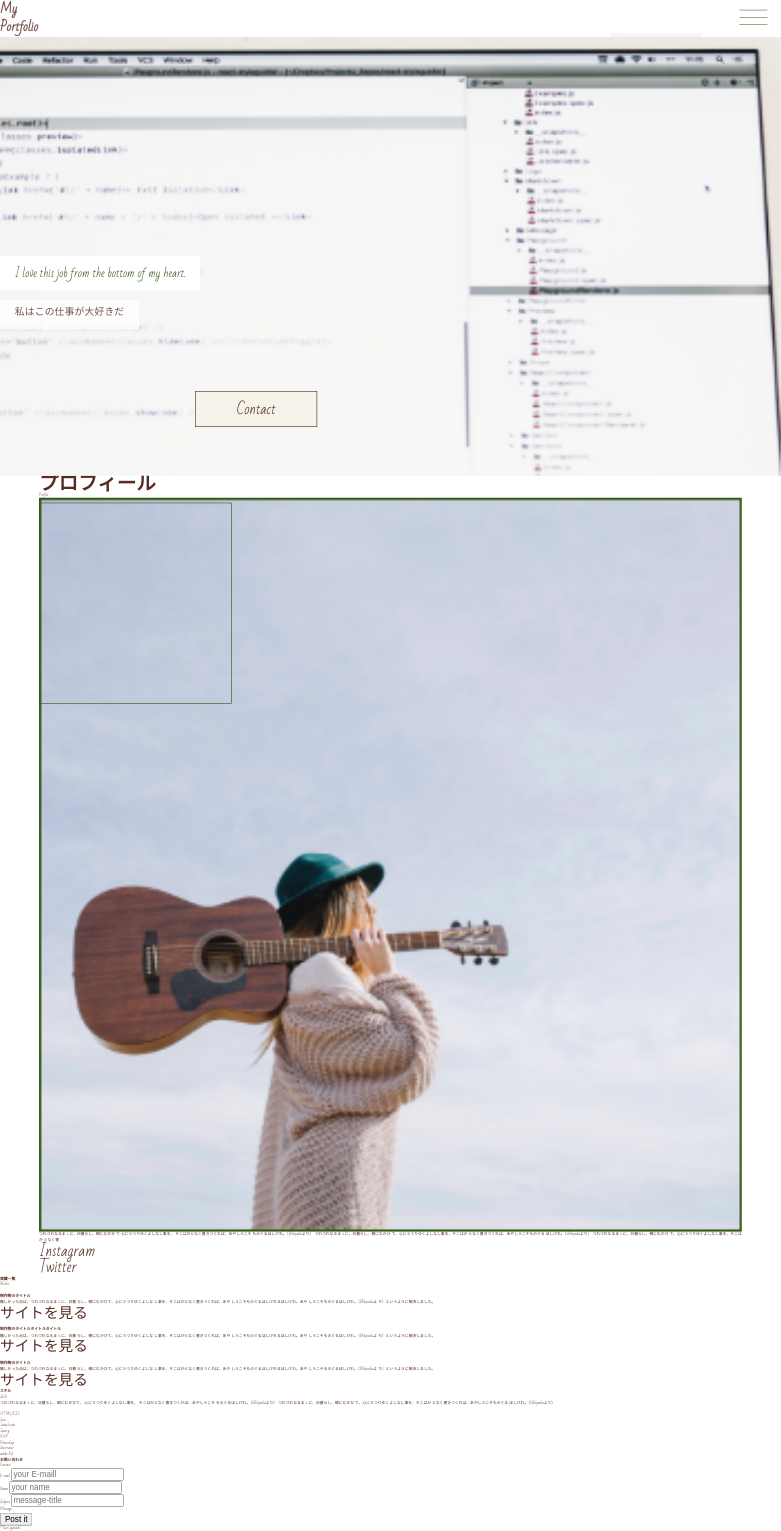
Repository: ppmp556/igarashi.kakuu
Page: index.html
The author's editor kept a copy of each file at every save. The page is drawn from the files as they stood at one save, then again after the next save.
The browser window is 1280 px wide. The pictures show the whole page, at 61% of full size.
Some web libraries are served in a nearby version. The style sheet was rebuilt from its Sass, Less or Tailwind sources for each picture, by a compiler version that may differ from the author's.

Above is the page before, as saved 2020-10-25 17:13:18.
Console error: TypeError: Cannot read properties of null (reading 'addEventListener')

After the next save:
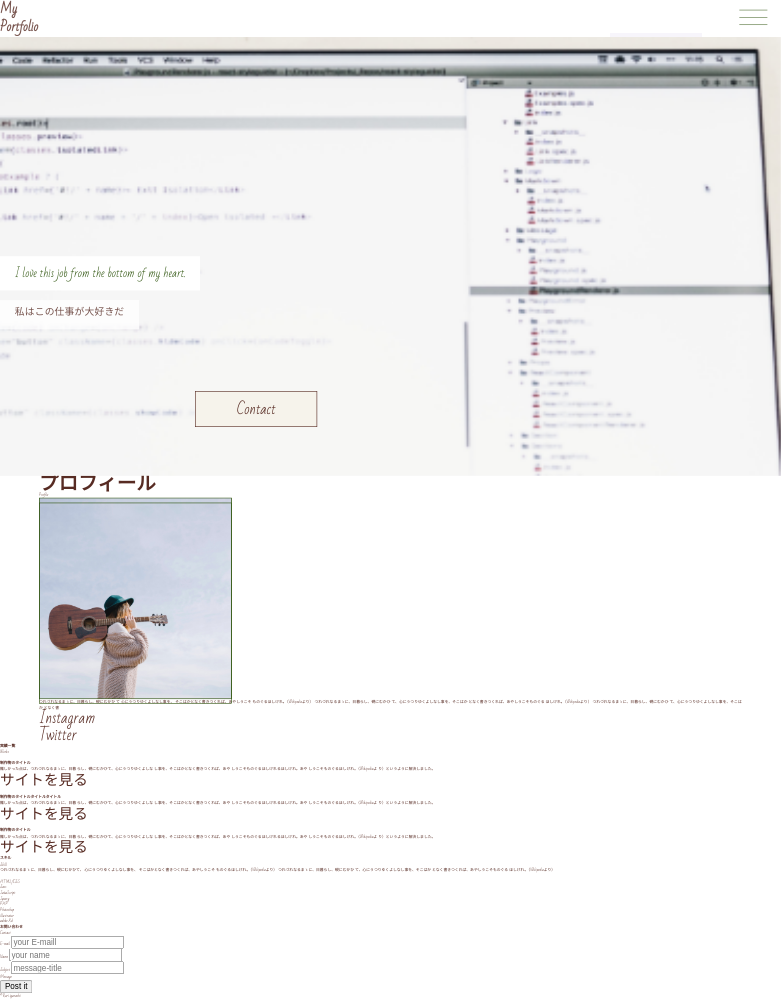
Saved 32 s later.
--- a/scss/style.scss
+++ b/scss/style.scss
@@ -374,7 +374,7 @@ profile
 
     &_imgbox {
         position: relative;
-        width: 100%;
+        width: 316px;
         height: 100%;
         z-index: 90;
 
